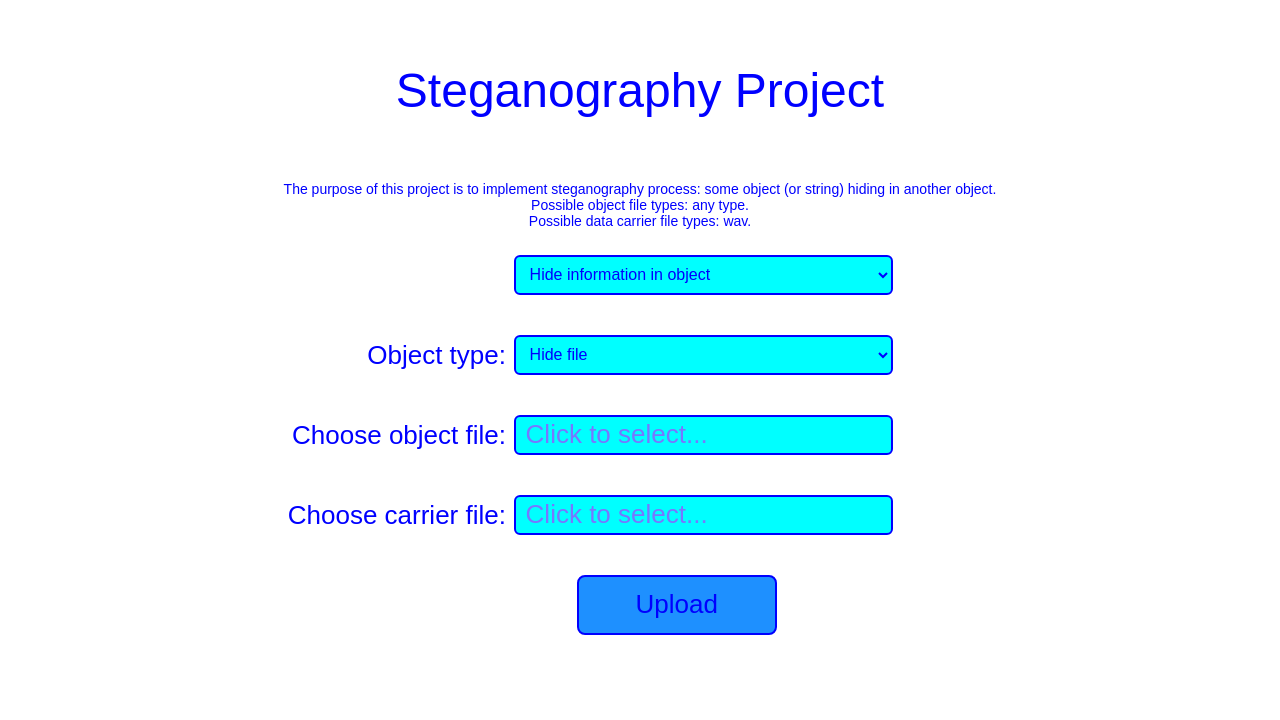
Repository: CactusZ/Trithemius
Page: client/index.html
The author's editor kept a record of every edit. The page is drawn from the files as they stood at one moment, then again after the next edit.
The browser window is 1280 px wide. The pictures show the whole page.

Above is the page before.

### client/index.html
<!doctype html>
<html lang="en" ng-app>

<head>
  <title>Steganography Project</title>
  <meta name="viewport" content="width=device-width, initial-scale=1.0">
  <base href="./client/index.html">

  <link rel="stylesheet" href="/css/index.css">
  <script src="/js/jquery.min.js"></script>
  <script src='/js/jquery.transit.min.js'></script>
  <script src="/js/bootstrap.min.js"></script>
  <script src="/js/angular.min.js"></script>
  <script src="/js/script.js"></script>
</head>

<body>


  <div class="container">
    <div class="head-sub-container">
      <div class="heading">
        Steganography Project
      </div>
      <div class="description">
        The purpose of this project is to implement steganography process: some object (or string) hiding in another object. <br> Possible object file types: any type. <br> Possible data carrier file types: wav. <br>
      </div>
    </div>
    <div class="description sub-container error" id="error-div">
      Error!
    </div>
    <div class="sub-container">
      <select id="operation">
        <option value="hide">Hide information in object</option>
        <option value="retrieve">Retrieve information from object</option>
      </select>
    </div>
    <div id="hide-div">
      <div class="sub-container">
        <div class="label-div">
          <label for="object-type">Object type:</label>
        </div>
        <select id="object-type">
          <option value="file">Hide file</option>
          <option value="string">Hide string</option>
        </select>
      </div>
      <div class="sub-container" id="upload-string">
        <div class="label-div">
          <label for="upload-obj-string">Object string:</label>
        </div>
        <input id="upload-obj-string" class="upload-string" type="text" placeholder="Enter string...">
      </div>
      <div class="sub-container" id="upload-file">
        <div class="label-div">
          <label for="upload-obj-file">Choose object file:</label>
        </div>
        <input id="upload-obj-input" type="file" name="upload-object" style="display:none;">
        <input id="upload-obj-file" class="upload-file" type="text" placeholder="Click to select..." readonly>
      </div>
      <div class="sub-container">
        <div class="label-div">
          <label for="upload-carrier-file">Choose carrier file:</label>
        </div>
        <input id="upload-carrier-input" type="file" name="upload-carrier" style="display:none;">
        <input id="upload-carrier-file" class="upload-file" type="text" placeholder="Click to select..." readonly>
      </div>
      <div class="btn-container">
        <button id="upload-btn">Upload</button>
      </div>
    </div>
  </div>
  <div id="retrieve-div">
    <div class="sub-container">
      <div class="label-div">
        <label for="object-retr-type">Object to retrieve type:</label>
      </div>
      <select id="object-retr-type">
          <option value="file">File</option>
          <option value="string">String</option>
        </select>
    </div>
    <div class="sub-container">
      <div class="label-div">
        <label for="stego-file">Choose carrier file:</label>
      </div>
      <input id="stego-input" type="file" name="stego-file" style="display:none;">
      <input id="stego-file" class="upload-file" type="text" placeholder="Click to select..." readonly>
    </div>
    <div class="btn-container">
      <button id="retrieve-btn">Retrieve</button>
    </div>
  </div>
  </div>
  <div id="progress" class="progress-bar">
    <div id="progressBar" class="progress-bar-box">10%</div>
  </div>
</body>

</html>

### client/css/index.css
.container {
    margin-top: 5%;
}

.sub-container {
    position: relative;
    margin-bottom: 40px;
    height: 40px;
}

.label-div {
    display: inline-block;
    position: absolute;
    text-align: right;
    width: 24%;
    padding: 5px;
    text-overflow: ellipsis;
    white-space: nowrap;
    overflow: hidden;
    left: 15%;
}

label, button {
    font-family: Arial, Helvetica, sans-serif;
    font-size: 26px;
    color: blue;
}

.upload-file, .upload-string, select {
    text-align: left;
    display: block;
    padding: 13px 10px;
    width: 30%;
    height: 100%;
    position: absolute;
    left: 40%;
    background-color: aqua;
    -webkit-transition: background-color 0.5s;    /* Safari */
    transition: background-color 0.5s;
    border: solid blue 2px;
    border-radius: 6px;
    font-family: Arial, Helvetica, sans-serif;
    font-size: 26px;
    color: blue;
    box-sizing: border-box;
}

select {
    font-size: 16px;
    padding: 0 10px;
}

#upload-string{
    display:none;
}

.upload-file:hover, button:hover, .upload-string:hover, select:hover {
    background-color: GhostWhite;
}

::-webkit-input-placeholder {
    /* WebKit, Blink, Edge */
    color: #77F;
}

:-moz-placeholder {
    /* Mozilla Firefox 4 to 18 */
    color: blue;
    opacity: 1;
}

::-moz-placeholder {
    /* Mozilla Firefox 19+ */
    color: blue;
    opacity: 1;
}

:-ms-input-placeholder {
    /* Internet Explorer 10-11 */
    color: blue;
}

.btn-container {
    margin: 2% auto;
    margin-left: 45%;
}

button {
    height: 60px;
    width: 200px;
    background-color: DodgerBlue;
    color:Blue;
    border: solid blue 2px;
    border-radius: 8px;
    -webkit-transition: background-color 0.5s;    /* Safari */
    transition: background-color 0.5s;
}

.heading, .description {
    font-family: Arial, Helvetica, sans-serif;
    color: blue;
}

.heading {
    font-size: 48px;
    margin: 5% auto;
    text-align: center;
}

.description {
    font-size: 14px;
    text-align:center;
    margin-bottom: 2%;
}


.progress-label {
    text-align: center;
    line-height: 30px;
    color: Navy;
    font-weight: bold;
}
.progress-bar {
    position: relative;
    width: 50%;
    margin: auto;
    height: 30px;
    background-color: white;
    border: solid blue 3px;
    border-radius: 4px;
    display: none;
}

.progress-bar-box {
    position: absolute;
    width: 10%;
    height: 100%;
    background-color: RoyalBlue;
}

#retrieve-div {
    display:none;
}

.error {
    width: 30%;
    left: 40%;
    color: black;
    font-size: 24px;
    font-weight: bold;
    background-color:#FF4040;
    display:none;
    border-radius: 4px;
}

### client/js/script.js
    /* global $ white */
    $(document).ready(function() {

        $("#operation").change(function() {
            $(".progress-bar").hide("fast");
            $("#error-div").hide("fast");
            if ($(this).val() == "hide") {
                $("#retrieve-div").hide("fast");
                $("#hide-div").show("slow", "swing");
            }
            else {
                $("#hide-div").hide("fast");
                $("#retrieve-div").show("slow", "swing");
            }
        });

        /* Object type select */
        $("#object-type").change(function() {
            if ($(this).val() == "string") {
                $("#upload-file").hide("fast");
                $("#upload-string").show("slow", "swing");
            }
            else {
                $("#upload-string").hide("fast");
                $("#upload-file").show("slow", "swing");
            }
        });


        /* File selection */
        $('#upload-obj-file').click(function() {
            $('#upload-obj-input').click();
        });

        $('#upload-obj-input').change(function() {
            var filename = $('#upload-obj-input').val().split('\\').pop();
            $('#upload-obj-file').val(!filename ? "" : filename + " [Click to change]");
            var upload_carrier_file = $('#upload-obj-file');
            upload_carrier_file.val(!filename ? "" : filename + " [Click to change]");
            if (!upload_carrier_file.val()) {
                upload_carrier_file.css("background-color", "");
            }
            else {
                upload_carrier_file.css("background-color", "lightCyan");
            }
        });

        $('#upload-carrier-file').click(function() {
            $('#upload-carrier-input').click();
        });

        $('#upload-carrier-input').change(function(event) {
            var filename = $('#upload-carrier-input').val().split('\\').pop();
            var upload_carrier_file = $('#upload-carrier-file');
            upload_carrier_file.val(!filename ? "" : filename + " [Click to change]");
            if (!upload_carrier_file.val()) {
                upload_carrier_file.css("background-color", "");
            }
            else {
                upload_carrier_file.css("background-color", "lightCyan");
            }

        });


        $('#stego-file').click(function() {
            $('#stego-input').click();
        });

        $('#stego-input').change(function(event) {
            var filename = $('#stego-input').val().split('\\').pop();
            var stego_file = $('#stego-file');
            stego_file.val(!filename ? "" : filename + " [Click to change]");
            if (!stego_file.val()) {
                stego_file.css("background-color", "");
            }
            else {
                stego_file.css("background-color", "lightCyan");
            }

        });

        /* Button pressed. Upload! */
        $("#upload-btn").click(function() {
            $("#error-div").hide();
            var fileObj;
            var fileCar;
            fileCar = $('#upload-carrier-input').get(0).files[0];

            /*Create Form*/
            var formData = new FormData();

            formData.append('fileCarrier', fileCar, fileCar.name);
            formData.append('objectType', $("#object-type").val());
            if ($("#object-type").val() == 'file') {
                if ((!$('#upload-carrier-input').val()) || (!$('#upload-obj-input').val())) {
                    $("#error-div").show();
                    $("#error-div").html("You have to select 2 files!");
                    return;
                }
                fileObj = $('#upload-obj-input').get(0).files[0];
                formData.append('fileObject', fileObj, fileObj.name);
            }
            else {
                if ((!$('#upload-carrier-input').val()) || (!$('#upload-obj-string').val())) {
                    $("#error-div").show();
                    $("#error-div").html("You have to select a file and input string!");
                    return;
                }
                formData.append('stringObject', $('#upload-obj-string').val());
            }

            /* Reset and show progress bar */
            $("#progress").css("display", "block");
            $("#progressBar").css("width", "0%");
            $("#label").html("0%");

            $.ajax({
                url: '/upload/hide',
                type: 'POST',
                data: formData,
                processData: false,
                contentType: false,
                success: function(data) {
                    if (data.status == "error") {
                        $("#error-div").html(data.error);
                        $("#error-div").show();
                    }
                },
                xhr: function() {
                    // create an XMLHttpRequest
                    var xhr = new XMLHttpRequest();

                    // listen to the 'progress' event
                    xhr.upload.addEventListener('progress', function(evt) {

                        if (evt.lengthComputable) {
                            // calculate the percentage of upload completed
                            var percentComplete = evt.loaded / evt.total;
                            percentComplete = parseInt(percentComplete * 100);

                            // update the Bootstrap progress bar with the new percentage
                            $('.progress-bar-box').text(percentComplete + '%');
                            $('.progress-bar-box').css({
                                width: percentComplete + '%'
                            });

                            // once the upload reaches 100%, set the progress bar text to done
                            if (percentComplete === 100) {
                                $('.progress-bar-box').html('Done');
                            }

                        }

                    }, false);

                    return xhr;
                }
            });
        });

        $("#retrieve-btn").click(function() {
            $("#error-div").hide();

            var fileObj;
            var fileCar;
            fileCar = $('#stego-input').get(0).files[0];

            /*Create Form*/
            var formData = new FormData();
            var objectRetrieveType = $("#object-retr-type").val();
            formData.append('fileCarrier', fileCar, fileCar.name);
            formData.append('objectType', objectRetrieveType);

            if (!$('#stego-input').val()) {
                $("#error-div").show();
                $("#error-div").html("You have to select file!");
                return;
            }

            /* Reset and show progress bar */
            $("#progress").css("display", "block");
            $("#progressBar").css("width", "0%");
            $("#label").html("0%");

            $.ajax({
                url: '/upload/retrieve',
                type: 'POST',
                data: formData,
                processData: false,
                contentType: false,
                success: function(data) {
                    if (data.status == "error") {
                        $("#error-div").html(data.error);
                        $("#error-div").show();
                    } else {
                        if (objectRetrieveType=="file") {
                            $("#result-div").html("Your file can be downloaded by clicking <a href=" + data.result +"> HERE </a>");
                        } else {

                        }
                    }
                },
                xhr: function() {
                    // create an XMLHttpRequest
                    var xhr = new XMLHttpRequest();

                    // listen to the 'progress' event
                    xhr.upload.addEventListener('progress', function(evt) {

                        if (evt.lengthComputable) {
                            // calculate the percentage of upload completed
                            var percentComplete = evt.loaded / evt.total;
                            percentComplete = parseInt(percentComplete * 100);

                            // update the Bootstrap progress bar with the new percentage
                            $('.progress-bar-box').text(percentComplete + '%');
                            $('.progress-bar-box').css({
                                width: percentComplete + '%'
                            });

                            // once the upload reaches 100%, set the progress bar text to done
                            if (percentComplete === 100) {
                                $('.progress-bar-box').html('Done');
                            }

                        }

                    }, false);

                    return xhr;
                }
            });
        });
    });

Loaded but not shown: client/js/jquery.min.js (library); client/js/jquery.transit.min.js (library); client/js/bootstrap.min.js (library); client/js/angular.min.js (library)

After the next edit:
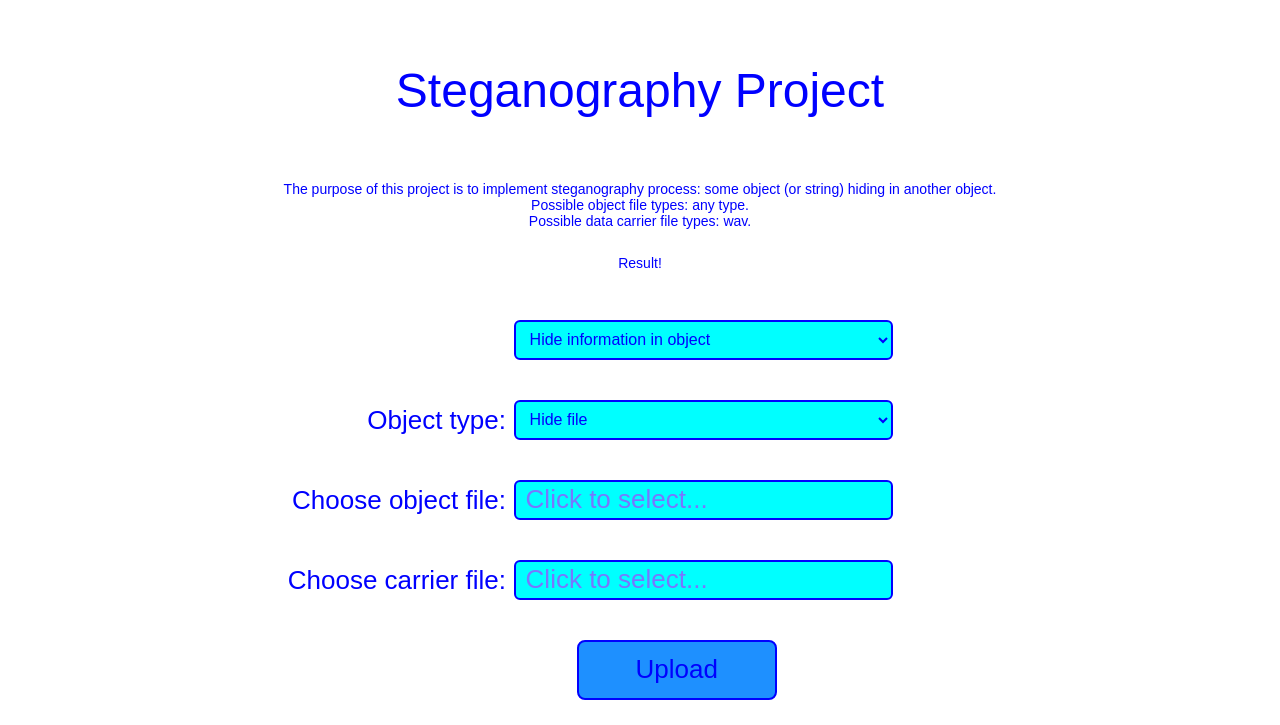
The edit:
--- a/client/index.html
+++ b/client/index.html
@@ -28,6 +28,9 @@
     </div>
     <div class="description sub-container error" id="error-div">
       Error!
+    </div>
+    <div class="description sub-container result" id="result-div">
+      Result!
     </div>
     <div class="sub-container">
       <select id="operation">
